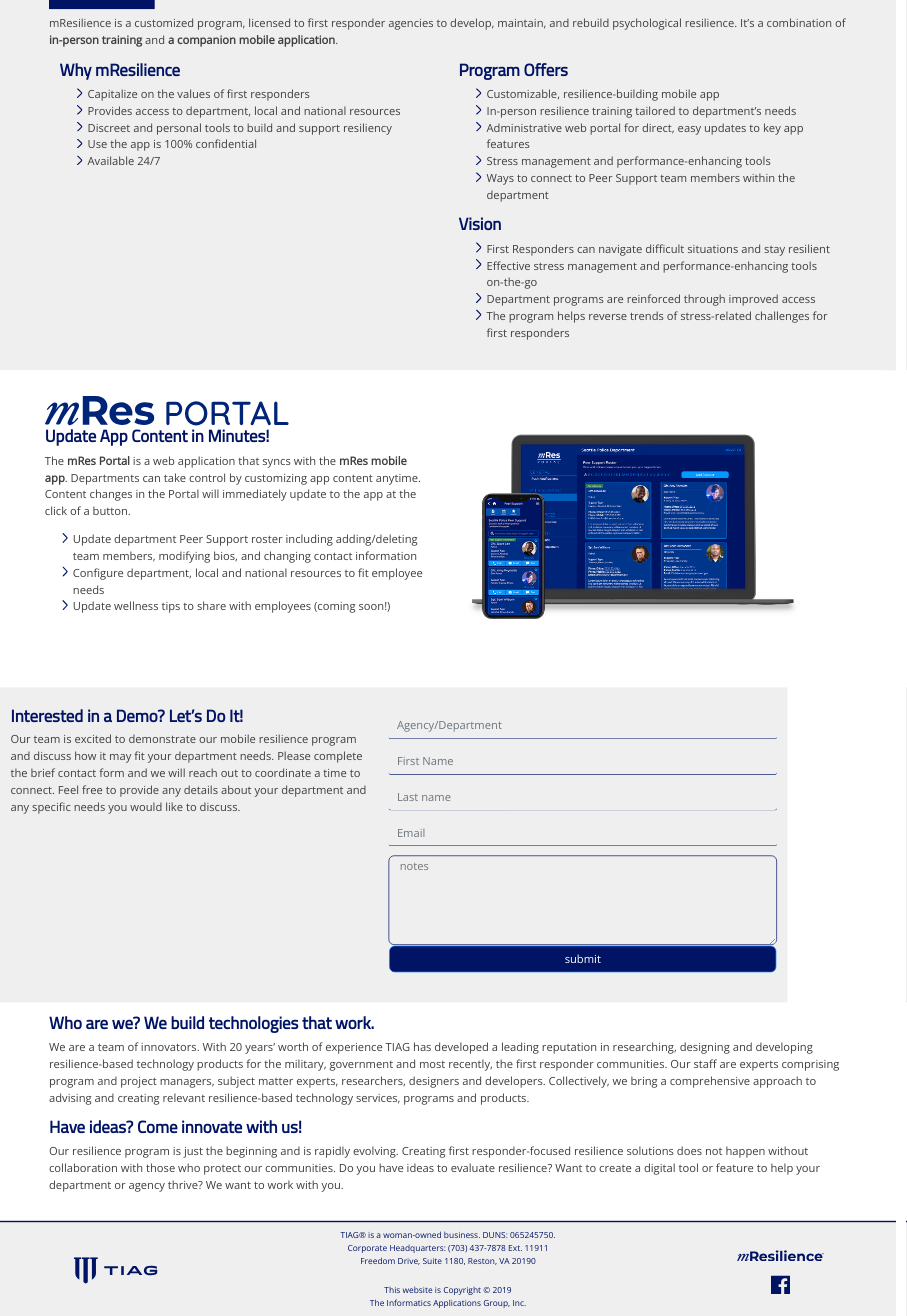
Repository: shenjune/mResilienceWebsite
Page: index.html
An editor plug-in stored every save of this project. The page is shown before and after the next save, followed by the edit.
The browser window is 1280 px wide. The page is 1295 px wide, so the pictures cover 1295 px, including what lies to the right of the window. The pictures show the part of the page from y = 1300 to 3180 px (the page is 3180 px tall), at 70% of full size.
Some web libraries are served in a nearby version.

Above is the page before, as saved 2019-11-09 13:07:49.

After the next save:
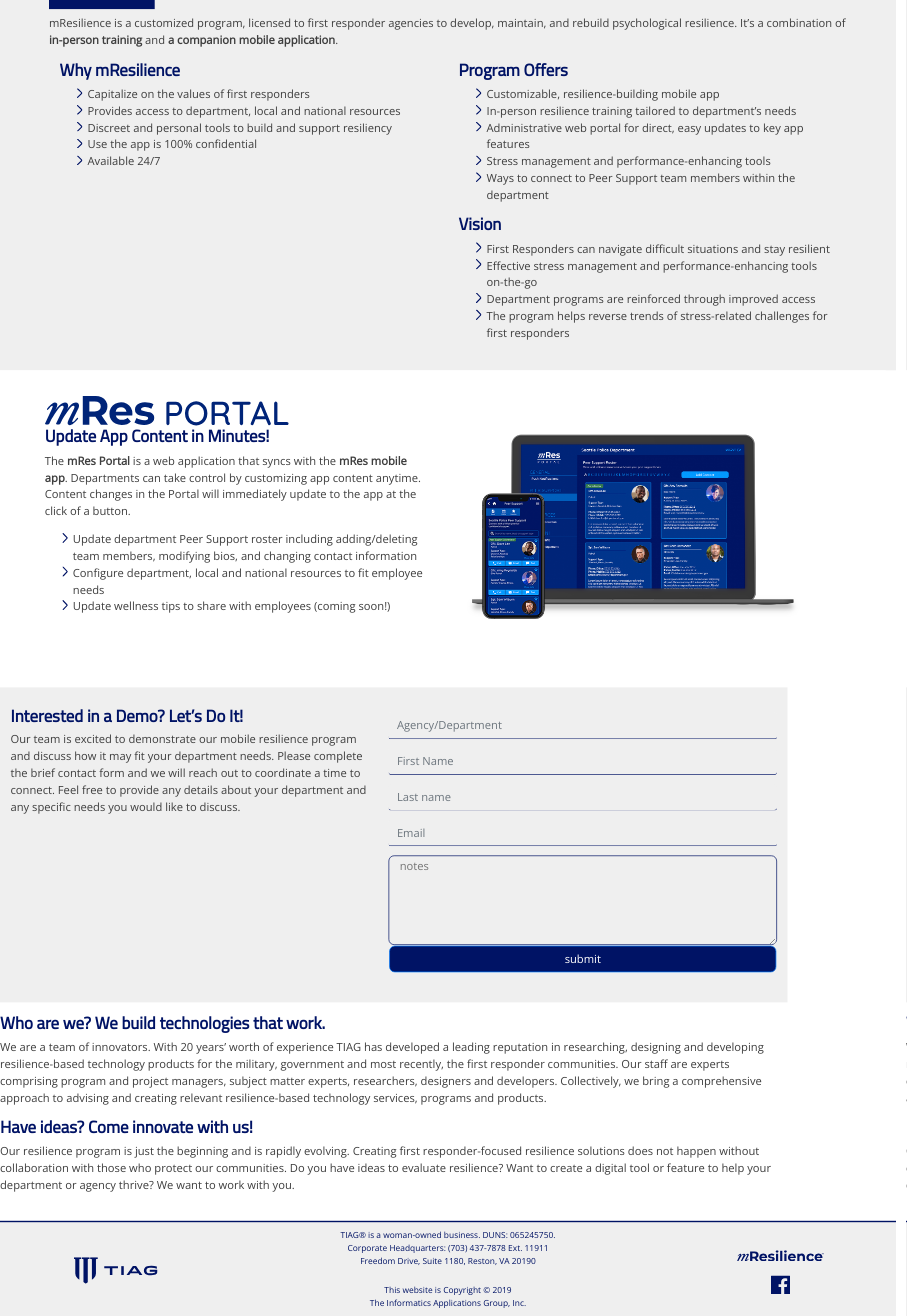
Saved 77 s later.
--- a/index.html
+++ b/index.html
@@ -234,7 +234,7 @@
 
 	<!---- 05 Contact Form ---->
 	<div id="back-form" class="container mobilePadding2 row">
-		<div class= "col-lg-6 col-sm-12">
+		<div class="col-lg-6 col-sm-12">
 			<h4 class="secondFont">Interested in a Demo? Let’s Do It!</h4>
 			<p>Our team is excited to demonstrate our mobile resilience program and discuss how it may fit your department needs. Please complete the brief contact form and we will reach out to coordinate a time to connect. Feel free to provide any details about your department and any specific needs you would like to discuss.</p>
 		</div>
@@ -277,30 +277,26 @@
 	</div>
 
 	<!--06 About TIAG goes here-->
-	<div id="about">
-		<div class="container mobilePadding2">
-			<div class="row">
-				<div id = "whoWeAre" style="margin-top:15px">
-					<h4 class="secondFont">
-						<strong>Who are we?</strong>  We build technologies that work.
-					</h4>
-				</div>
-				<div id ="whoWeAreP">
-					<p>We are a team of innovators. With 20 years’ worth of experience TIAG has developed a leading reputation in researching, designing and developing resilience-based technology products for the military, government and most recently, the first responder communities. Our staff are experts comprising program and project managers, subject matter experts, researchers, designers and developers. Collectively, we bring a comprehensive approach to advising and creating relevant resilience-based technology services, programs and products.</p>
-				</div>
-
-			<div id="haveIdeas">
-				<h4 class="secondFont">
-					<strong>Have ideas?</strong> Come innovate with us!
-				</h4>
-			</div>
-
-			<div id="haveIdeasP">
-				<p>Our resilience program is just the beginning and is rapidly evolving. Creating first responder-focused resilience solutions does not happen without collaboration with those who protect our communities. Do you have ideas to evaluate resilience? Want to create a digital tool or feature to help your department or agency thrive? We want to work with you.</p>
-			</div>
-			<br>
-			</div>
-		</div>
+	<div id="about" class="container mobilePadding2 row">
+		<div id = "whoWeAre" style="margin-top:15px">
+			<h4 class="secondFont">
+				<strong>Who are we?</strong>  We build technologies that work.
+			</h4>
+		</div>
+		<div id ="whoWeAreP">
+			<p>We are a team of innovators. With 20 years’ worth of experience TIAG has developed a leading reputation in researching, designing and developing resilience-based technology products for the military, government and most recently, the first responder communities. Our staff are experts comprising program and project managers, subject matter experts, researchers, designers and developers. Collectively, we bring a comprehensive approach to advising and creating relevant resilience-based technology services, programs and products.</p>
+		</div>
+
+		<div id="haveIdeas">
+			<h4 class="secondFont">
+				<strong>Have ideas?</strong> Come innovate with us!
+			</h4>
+		</div>
+
+		<div id="haveIdeasP">
+			<p>Our resilience program is just the beginning and is rapidly evolving. Creating first responder-focused resilience solutions does not happen without collaboration with those who protect our communities. Do you have ideas to evaluate resilience? Want to create a digital tool or feature to help your department or agency thrive? We want to work with you.</p>
+		</div>
+		<br>
 	</div>
 
 	<!-- FOOTER FOR THE WEBSITE -->
